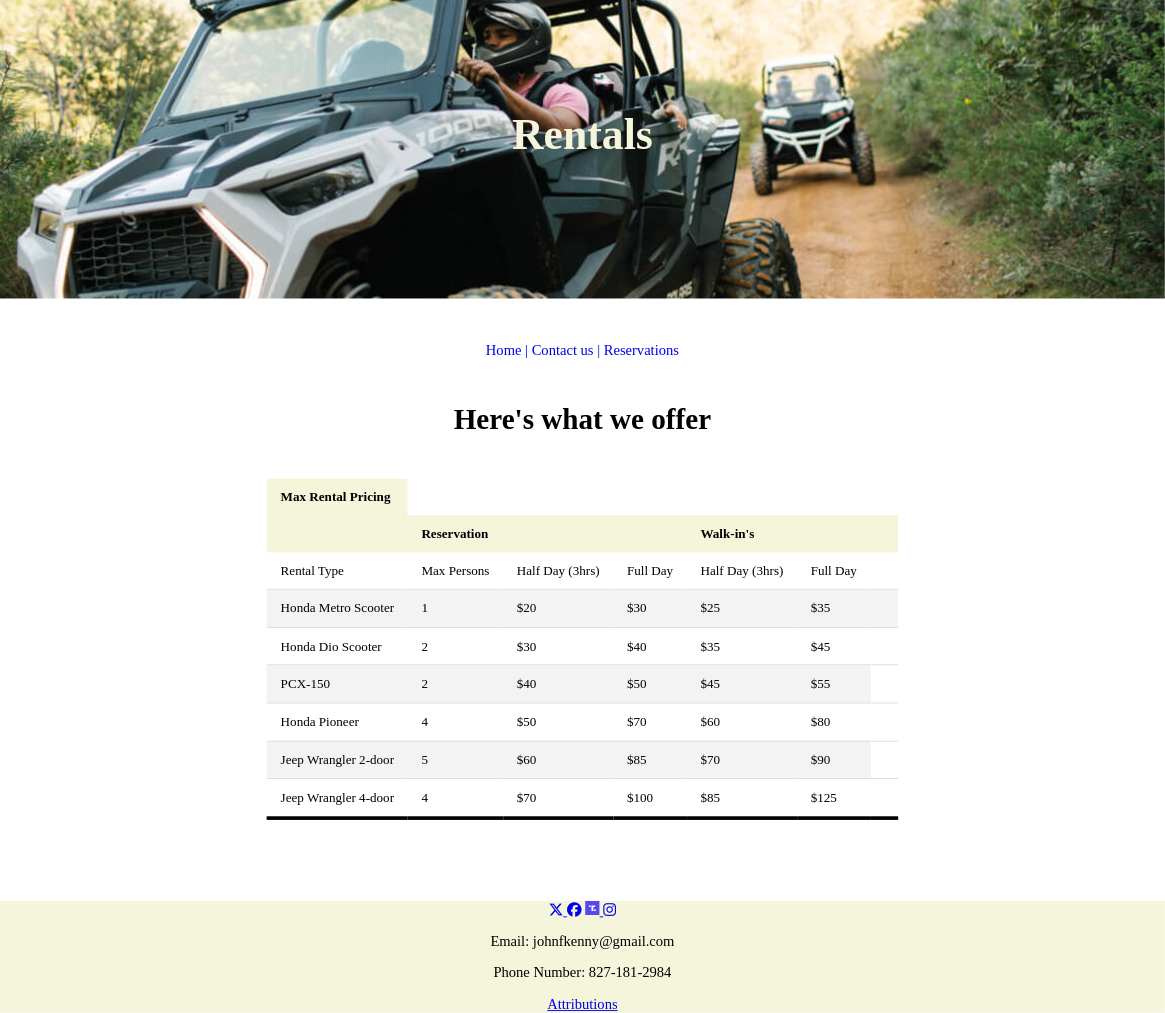
Repository: nak97/WDD230
Page: scoots/rentals-page/rentals-page.html
These files come from the project's save history. The page is drawn as it stood at one moment and after the next save; the edit follows.
The browser window is 1280 px wide. The pictures show the whole page, at 91% of full size.
Some web libraries are served in a nearby version.

Above is the page before, as saved 2023-12-11 17:47:21.

### scoots/rentals-page/rentals-page.html
<!DOCTYPE html>
<html lang="en">
<head>
  <meta charset="UTF-8">
  <meta name="viewport" content="width=device-width, initial-scale=1.0">
  <title>Nick Keen - WDD 230 - Web Frontend Development</title>
  <meta name="description" content="WDD 230 - Nicholas Keen  - Web Frontend Final Project">
  <meta name="author" content="Nicholas Keen">
  <meta property="og:title" content="facebook"/>
  <meta property="og:type" content="website" />
  <meta property="og:url" content="facebook.com" />
  <meta property="og:image" content="images/facebook-meta-tag-pic.png" />
  <link rel="stylesheet" href="styles/base.css">
  <link rel="stylesheet" href="styles/media.css">
  <link rel="stylesheet" href="styles/normalize.css">
</head>
<body>

  <header>
<h1>Rentals</h1>
  </header>

  <nav>
<a href="../home-page/home.html">Home |</a>
<a href="../contact/contact.html">Contact us |</a>
<a href="../reservations/reservations.html">Reservations</a>
  </nav>

  <main>
    <h1> Here's what we offer</h1>
    <section class="flex-container">
    <table class="content-table">
      <thead>
        <tr>
          <td>  Max Rental Pricing</td></tr>
          <td></td>
          <td colspan="2"> Reservation</td>
          <td></td>
          <td colspan="3">Walk-in's</td>
      </tr>
      </thead>
      <tbody>
        <tr>
          <td>Rental Type</td>
          <td>Max Persons</td>
          <td>Half Day (3hrs)</td>
          <td>Full Day</td>
          <td>Half Day (3hrs)</td>
          <td>Full Day</td>
      </tr>
        <tr>
        <td>Honda Metro Scooter</td>
        <td>1</td>
        <td><span id="price-half-metro"></span></td>
        <td><span id="price-f-metro"></span></td>
        <td><span id="price-h-w"> </span></td>
        <td id="price-f-w"> </td>
        <td></td>
      </tr>
        <tr>
          <td>Honda Dio Scooter</td>
          <td>2</td>
          <td> <span id="dio-h-r"></span></td>
          <td> <span id="dio-f-r"></span></td>
          <td> <span id="dio-h-w"></span></td>
          <td> <span id="dio-f-w"></span></td>
          <td></td>
        </tr>
        <tr>
          <td>PCX-150</td>
          <td>2</td>
          <td> <span id="pcx-h-r"></span></td>
          <td> <span id="pcx-f-r"></span></td>
          <td> <span id="pcx-h-w"></span></td>
          <td> <span id="pcx-f-w"></span></td>
        </tr>
        <tr>
          <td>Honda Pioneer</td>
          <td>4</td>
          <td> <span id="pioneer-h-r"></span></td>
          <td> <span id="pioneer-f-r"></span></td>
          <td> <span id="pioneer-h-w"></span></td>
          <td> <span id="pioneer-f-w"></span></td>
        </tr>
        <tr>
          <td>Jeep Wrangler 2-door</td>
          <td>5</td>
          <td> <span id="jeep-two-h-r"></span></td>
          <td> <span id="jeep-two-f-r"></span></td>
          <td> <span id="jeep-two-h-w"></span></td>
          <td> <span id="jeep-two-f-w"></span></td>
        </tr>
        <tr>
        <td>Jeep Wrangler 4-door</td>
        <td>4</td>
        <td> <span id="jeep-four-h-r"></span></td>
        <td> <span id="jeep-four-f-r"></span></td>
        <td> <span id="jeep-four-h-w"></span></td>
        <td> <span id="jeep-four-f-w"></span></td>
        </tr>






      </tbody>





    </table>



  </section>


















  </main>





<footer>

  <a href="https://twitter.com/" target="_blank" > <i class="fa-brands fa-x-twitter"></i> </a>
  <a href="https://www.facebook.com" target="_blank"><i class="fa-brands fa-facebook"></i></a>
  <a href="https://truthsocial.com/" target="_blank"> <img class="truth-social-icon" src="images/truth-social.svg" alt="truth social"> </a>
  <a href="https://www.instagram.com/" target="_blank"><i class="fa-brands fa-instagram"></i></a>

<section class="info">
<p>Email: johnfkenny@gmail.com</p>
<p>Phone Number: 827-181-2984</p>
<a href="attributions.html" target="_blank">Attributions</a>
</section>


</footer>



<script src="./scripts/pricing.js"></script>
<script src="https://kit.fontawesome.com/615002bc5f.js" crossorigin="anonymous"></script>
</body>


</html>

### scoots/rentals-page/styles/base.css
header {
  background-image: url(../images/OHV-SEO-1152x768.jpg);
  background-repeat: no-repeat;
  height: 20rem;
  background-position: 10% 67%;
  background-size: cover;
  margin-top: 0 ;
  padding-top: 0.5rem;
}

header h1 {
  color: beige;
  font-size: 3rem;
  margin-top: 7rem;
}

nav {
  text-align: center;
  margin-top: 3rem;
  margin-bottom: 3rem;
}

nav a {
  text-decoration: none;
}

h1 {
  text-align: center;
}
.content-table {
  border-collapse: collapse;
  margin: 25px 0;
  font-size: 0.9em;
  min-width: 400px;
}

.content-table thead tr {
  background-color: beige;
  color: black;
  text-align: left;
  font-weight: bold;
}

.content-table th {

}

.flex-container {
  display: flex;
  justify-content: center;
}


.content-table td{
  padding:12px 15px;
}

.content-table tbody tr {
  border-bottom: 1px solid #dddddd;

}

.content-table tbody tr:nth-of-type(even){
  background-color: #f3f3f3;
}

.content-table tbody tr:last-of-type {
border-bottom:4px solid black;
}



footer {
  text-align: center;
  margin-top: 4rem;
  background-color: beige;
}

.truth-social-icon {
  height: 1rem;
}

### scoots/rentals-page/scripts/pricing.js
const url = './data/pricing.json'
async function getPrice() {
 const response = await fetch(url);
 const data = await response.json();
 console.log(data)

// metro scooter
 document.getElementById('price-half-metro').innerText = data.reservation[0].hd;
 document.getElementById('price-f-metro').innerText = data.reservation[0].fd ;
 document.getElementById('price-h-w').innerText = data.walk[0].hd;
 document.getElementById('price-f-w').innerText = data.walk[0].fd;

// dio scooter
 document.getElementById('dio-h-r').innerText = data.reservation[1].hd;
 document.getElementById('dio-f-r').innerText = data.reservation[1].fd;
 document.getElementById('dio-h-w').innerText = data.walk[1].hd;
 document.getElementById('dio-f-w').innerText = data.walk[1].fd;

//  pxc150
document.getElementById('pcx-h-r').innerText = data.reservation[2].hd;
document.getElementById('pcx-f-r').innerText = data.reservation[2].fd;
document.getElementById('pcx-h-w').innerText = data.walk[2].hd;
document.getElementById('pcx-f-w').innerText = data.walk[2].fd;

// pioneer
document.getElementById('pioneer-h-r').innerText = data.reservation[3].hd;
document.getElementById('pioneer-f-r').innerText = data.reservation[3].fd;
document.getElementById('pioneer-h-w').innerText = data.walk[3].hd;
document.getElementById('pioneer-f-w').innerText = data.walk[3].fd;

// jeep 2-door
document.getElementById('jeep-two-h-r').innerText = data.reservation[5].hd;
document.getElementById('jeep-two-f-r').innerText = data.reservation[5].fd;
document.getElementById('jeep-two-h-w').innerText = data.walk[5].hd;
document.getElementById('jeep-two-f-w').innerText = data.walk[5].fd;

// jeep 4-door
document.getElementById('jeep-four-h-r').innerText = data.reservation[4].hd;
document.getElementById('jeep-four-f-r').innerText = data.reservation[4].fd;
document.getElementById('jeep-four-h-w').innerText = data.walk[4].hd;
document.getElementById('jeep-four-f-w').innerText = data.walk[4].fd;
}
getPrice();

### scoots/rentals-page/data/pricing.json
{
  "reservation":[
      {
        "type": "Honda Metro Scooter ",
        "hd": "$20",
        "fd": "$30"
      },

      {
        "type": " Honda Dio Scooter",
        "hd": "$30 ",
        "fd": "$40 "
      },

      {
        "type": " Honda CX150 Scooter",
        "hd": "$40 ",
        "fd": "$50 "
      },


      {
        "type": " Honda Pioneer",
        "hd": "$50 ",
        "fd": "$70 "
      },

      {
        "type": " Jeep Wrangler - 4 door with a/c",
        "hd": "$70 ",
        "fd": "$100 "
      },

      {
        "type": " Jeep Wrangler - 2 door ",
        "hd": "$60 ",
        "fd": "$85 "
      }
  ],

  "walk":[
{
  "type": "Honda Metro Scooter ",
  "hd": "$25",
  "fd": "$35"
},

{
  "type": " Honda Dio Scooter",
  "hd": "$35 ",
  "fd": "$45 "
},

{
  "type": " Honda CX150 Scooter",
  "hd": "$45 ",
  "fd": "$55 "
},

{
  "type": " Honda Pioneer",
  "hd": "$60 ",
  "fd": "$80 "
},

{
  "type": " Jeep Wrangler - 4 door with a/c",
  "hd": "$85 ",
  "fd": "$125 "
},

{
  "type": " Jeep Wrangler - 2 door ",
  "hd": "$70 ",
  "fd": "$90 "
}

  ]
}

Loaded but not shown: scoots/rentals-page/styles/normalize.css (library); scoots/rentals-page/styles/media.css (no stored copy; drawn as an empty file)

After the next save:
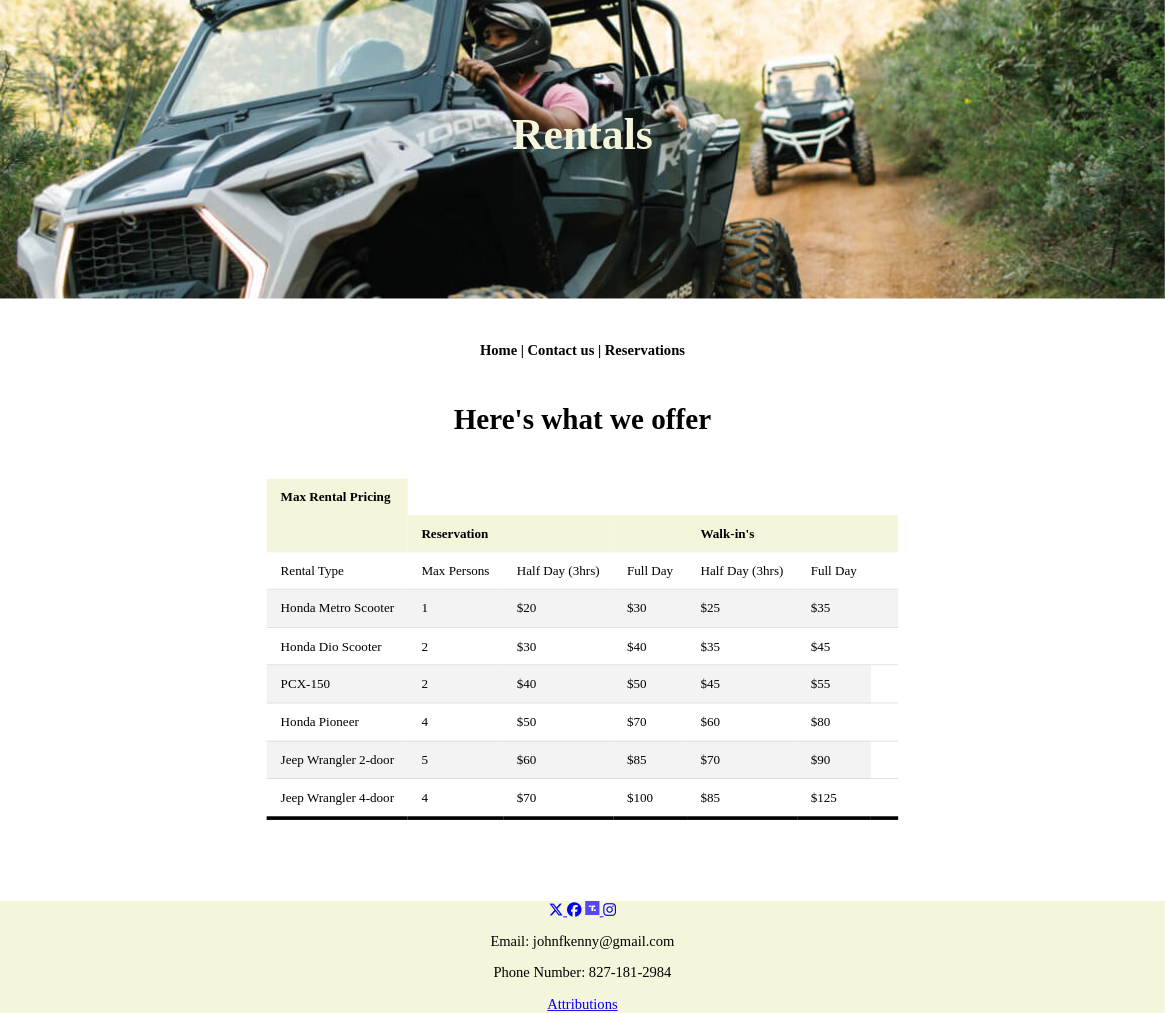
Saved 55 s later.
--- a/scoots/rentals-page/styles/base.css
+++ b/scoots/rentals-page/styles/base.css
@@ -22,6 +22,8 @@ nav {
 
 nav a {
   text-decoration: none;
+  color: black;
+  font-weight: 700;
 }
 
 h1 {
